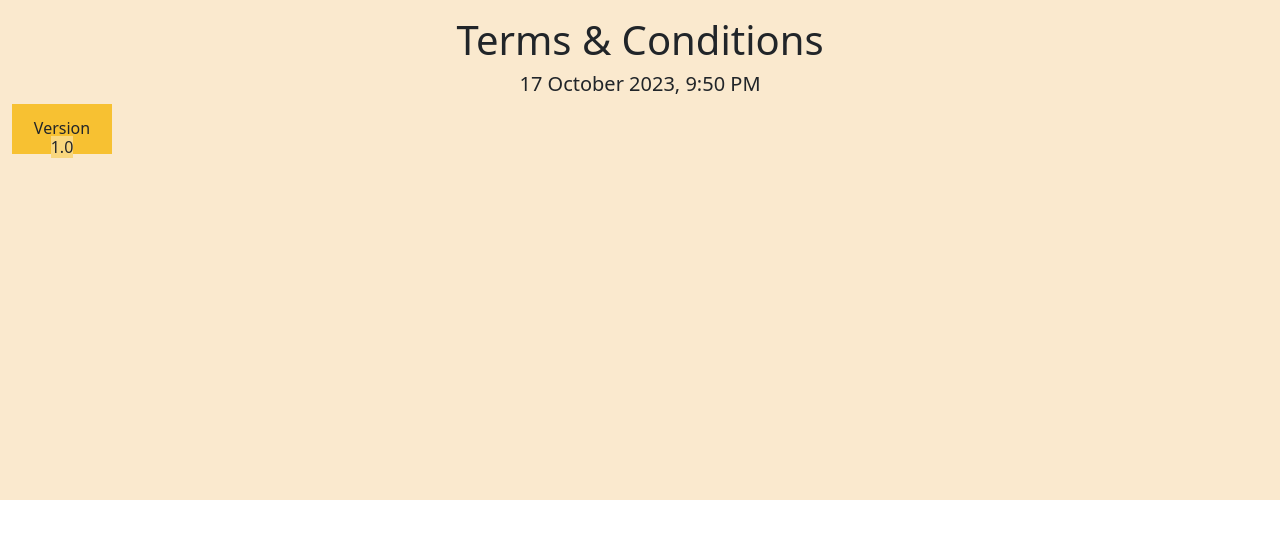
Repository: injectGroup/github.io
Page: terms.html
These files come from the project's save history. The page is drawn as it stood at one moment and after the next save; the edit follows.
The browser window is 1280 px wide. The pictures show the whole page.

Above is the page before, as saved 2023-11-29 14:24:02.

After the next save:
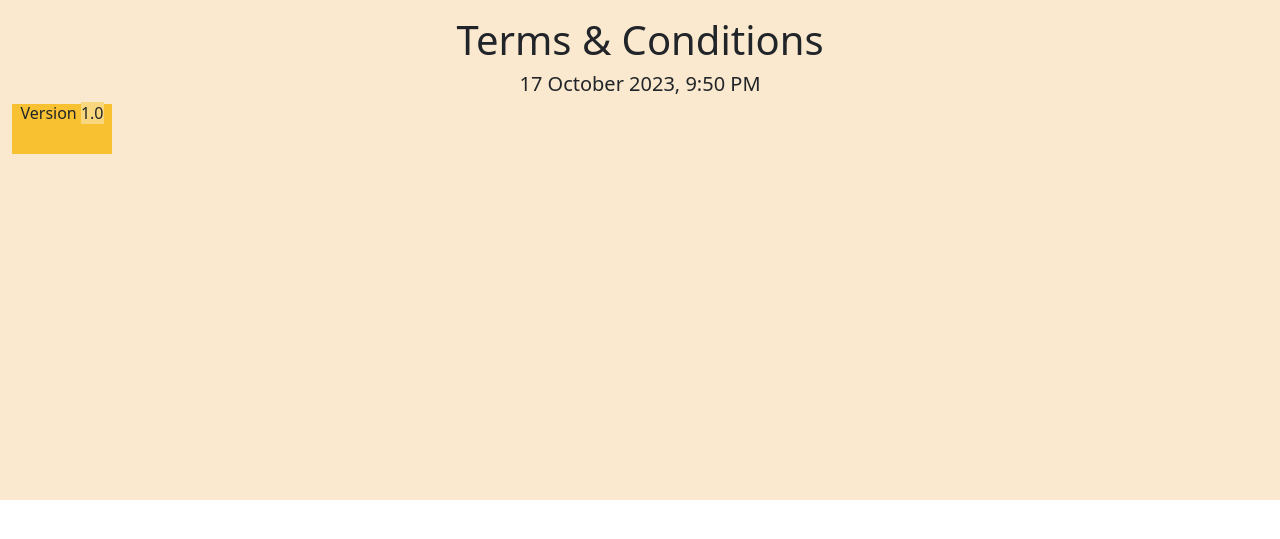
Saved 8 s later.
--- a/gouldwalletlegal/css/gouldcustom.css
+++ b/gouldwalletlegal/css/gouldcustom.css
@@ -23,7 +23,7 @@
 .version {
     width: 100px;
     background-color: #F7C132;
-    padding: 15px;
+
     width: 100px !important;
     height: 50px !important;
 
